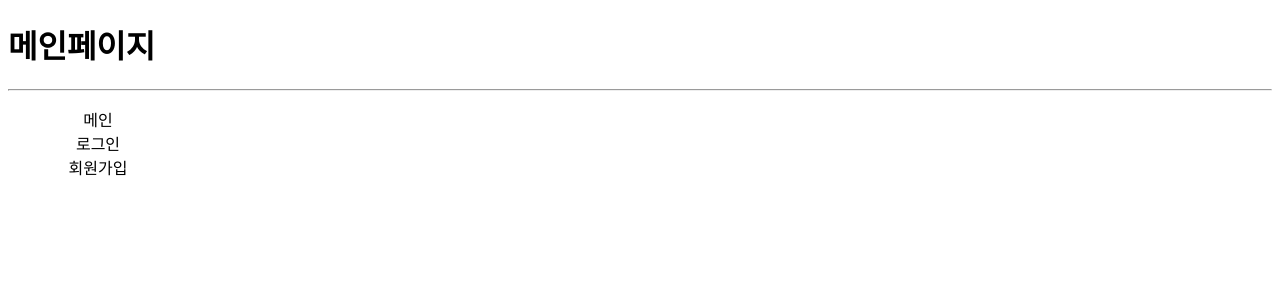
Repository: leesangbok/jsp-work
Page: http://localhost/cos/main.jsp
These files come from the project's save history. The page is drawn as it stood at one moment and after the next save; the edit follows.
The browser window is 1280 px wide. The pictures show the whole page.
The page is served by Tomcat 9.

Above is the page before, as saved 2020-08-22 02:37:46.

### cos/WebContent/main.jsp
<%@ page language="java" contentType="text/html; charset=UTF-8"
    pageEncoding="UTF-8"%>
<!DOCTYPE html>
<html>
<head>
<meta charset="UTF-8">
<title>메인페이지</title>

 <style>
 	ul{text-align: center;}
 	li{display: block; width: 100px;}
 </style>
</head>
<body>
	<h1>메인페이지</h1>
	<hr/>
	<ul>
		<li>메인</li>
		<li>로그인</li>
		<li>회원가입</li>
	</ul>
</body>
</html>

After the next save:
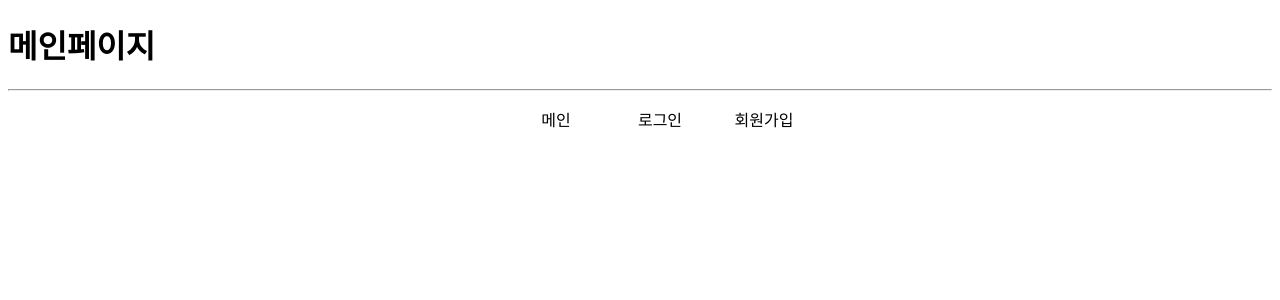
Saved 6 s later.
--- a/cos/WebContent/main.jsp
+++ b/cos/WebContent/main.jsp
@@ -8,7 +8,7 @@
 
  <style>
  	ul{text-align: center;}
- 	li{display: block; width: 100px;}
+ 	li{display: inline-block; width: 100px;}
  </style>
 </head>
 <body>
